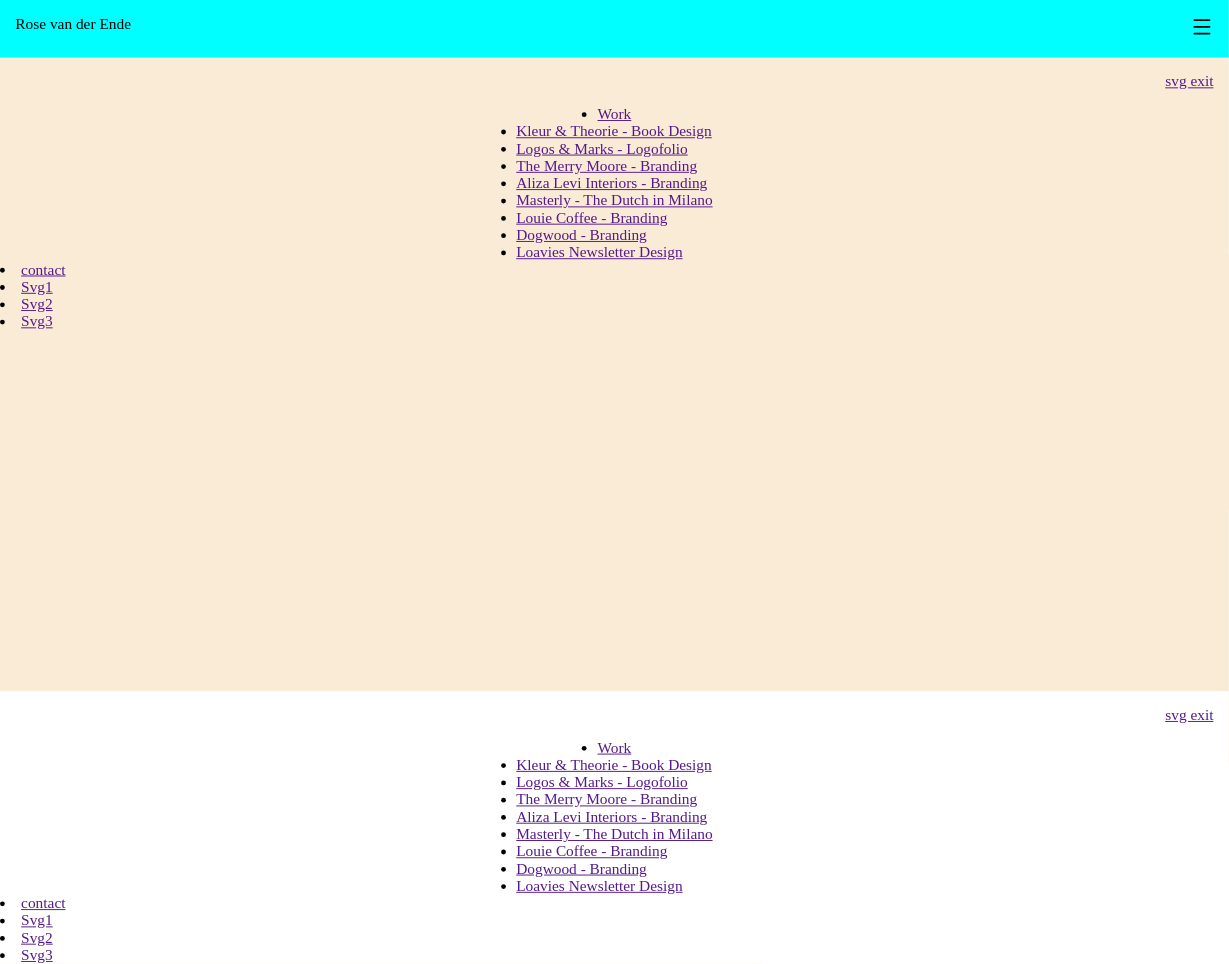
Repository: rahanwz/rose-project-daneshkar
Page: rose.html
An editor plug-in stored every save of this project. The page is shown before and after the next save, followed by the edit.
The browser window is 1280 px wide. The pictures show the whole page, at 96% of full size.

Above is the page before, as saved 2024-02-25 12:12:59.
Console error: SyntaxError: Unexpected token '('

After the next save:
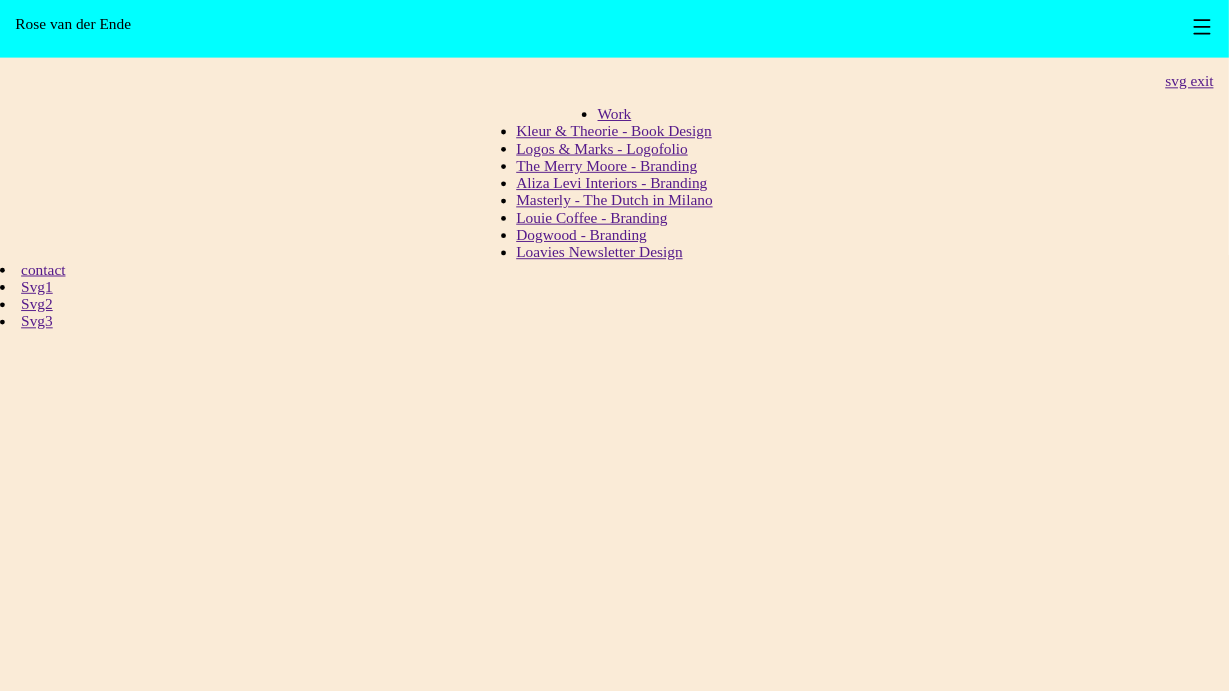
Saved 2 min 34 s later.
--- a/rose.html
+++ b/rose.html
@@ -58,7 +58,7 @@
       </div>
     </div>
 
-<div class="menu_show">
+<!-- <div class="menu_show">
           <div class="exit"><a href="">svg exit</a></div>
 
           <div class="work">
@@ -88,7 +88,7 @@
             <li><a href="">Svg2</a></li>
             <li><a href="">Svg3</a></li>
           </div>
-        </div>
+        </div> -->
 
 
 
